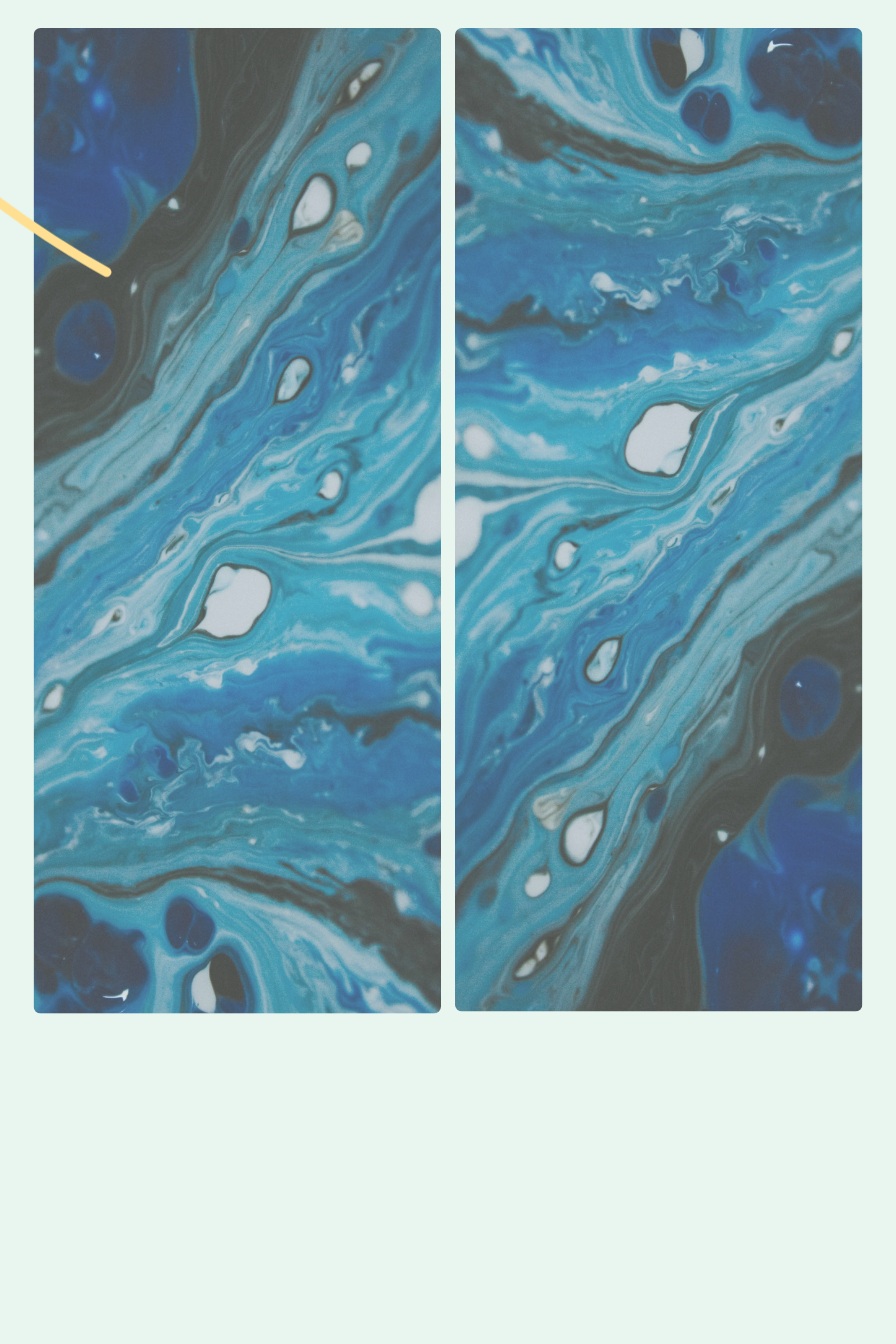
Repository: neomort/comm-lab-vid-site
Page: index.html
The author's editor kept a copy of each file at every save. The page is drawn from the files as they stood at one save, then again after the next save.
The browser window is 1280 px wide. The pictures show the part of the page from y = 0 to 1920 px (the page is 3436 px tall before and 1492 px after), at 70% of full size.
After loading, the first visible `#findLine` was clicked once.
A picture or video elsewhere on the page could not be fetched, so the positions and the page height are approximate. Some web libraries are served in a nearby version.

Above is the page before, as saved 2021-09-23 15:20:44.

After the next save:
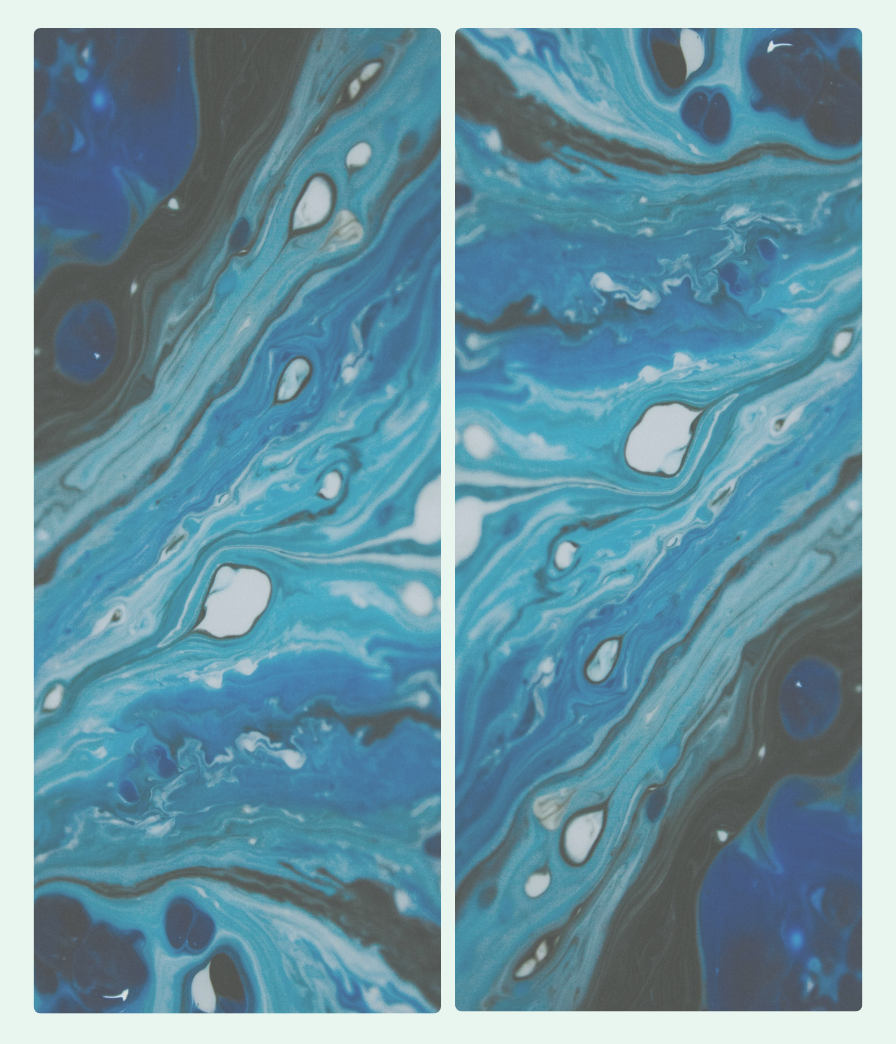
Console error: ReferenceError: fade is not defined
Saved 4 min 39 s later.
--- a/js/script.js
+++ b/js/script.js
@@ -10,18 +10,7 @@ function toggleAnimation(){
 
 
   function fadeOutEffect() {
-    var fade = document.getElementById("fade-container");
-    var fadeEffect = setInterval(function () {
-        if (!fade.style.opacity) {
-            fade.style.opacity = 1;
-        }
-        if (fade.style.opacity > 0) {
-            fade.style.opacity -= 0.1;
-        } else {
-            clearInterval(fadeEffect);
-        }
-    }, 200);
-  }
+
 
 
   console.log(spaceHeight);
@@ -41,10 +30,6 @@ function toggleAnimation(){
     }, 7000);
 
 
-    setTimeout(function() {
-     fadeOutEffect();
-    }, 60000);
-
   }
 }
 
@@ -62,3 +47,18 @@ lottie.loadAnimation({
 });
 
 }
+
+var fade = document.getElementById("fade-container");
+var fadeEffect = setInterval(function () {
+    if (!fade.style.opacity) {
+        fade.style.opacity = 1;
+    }
+    if (fade.style.opacity > 0) {
+        fade.style.opacity -= 0.1;
+    } else {
+        clearInterval(fadeEffect);
+    }
+}, 200);
+}
+
+fade.getElementById("fade-container").addEventListener('onmouseover', fadeOutEffect);
